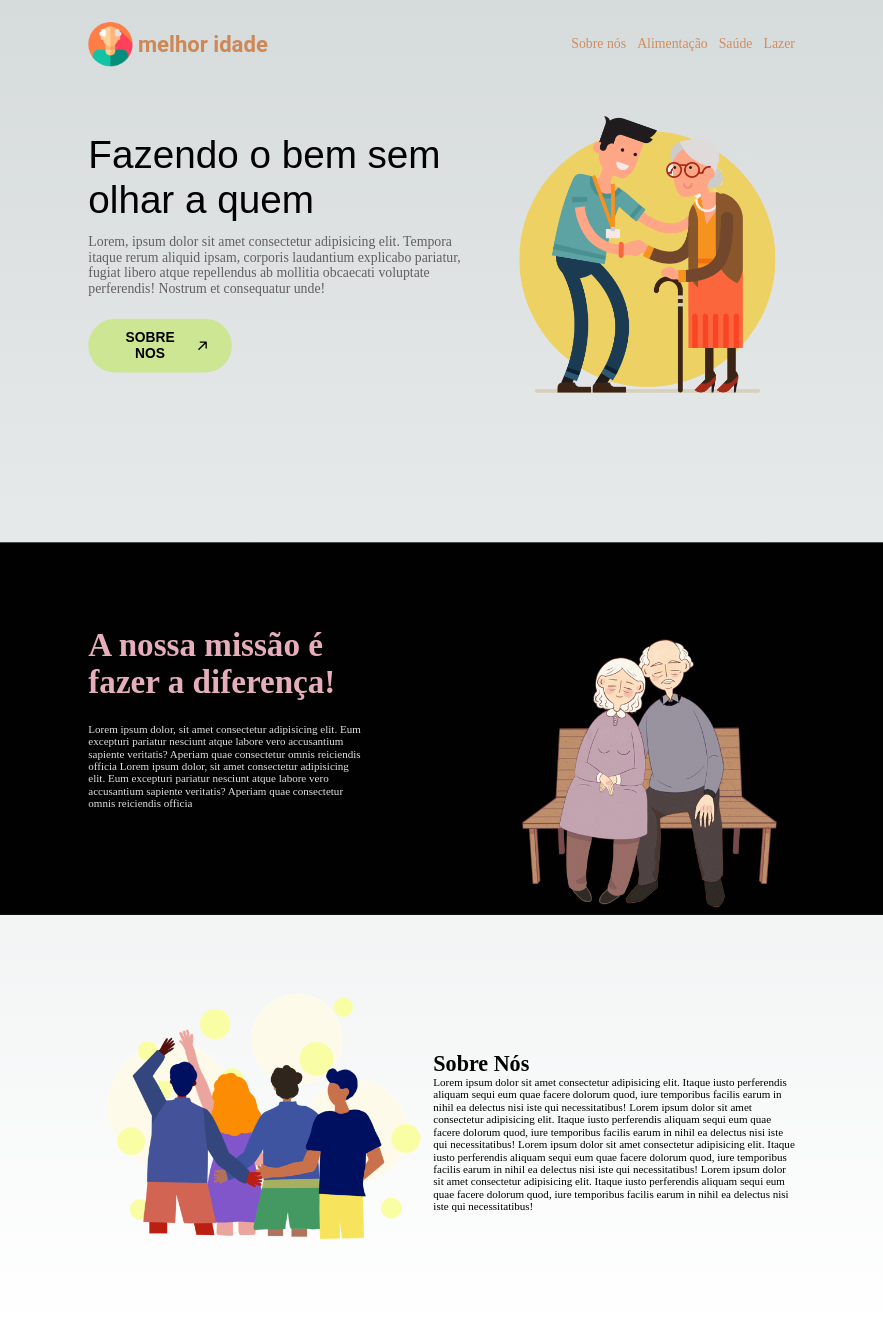
Repository: Giopol12/melhor-idade-online
Page: /home
These files come from the project's save history. The page is drawn as it stood at one moment and after a run of saves; the edit follows.
The browser window is 1280 px wide. The pictures show the whole page, at 69% of full size.
The project was rebuilt for these pictures with package versions that can differ from the ones it lists, and the page was loaded fresh each time. The framework's server and built-in components were replaced by stand-ins that run in the browser. Also part of the build but not shown: next.config.js.

Above is the page before, as saved 2023-11-21 11:12:31.

After the next 2 saves:
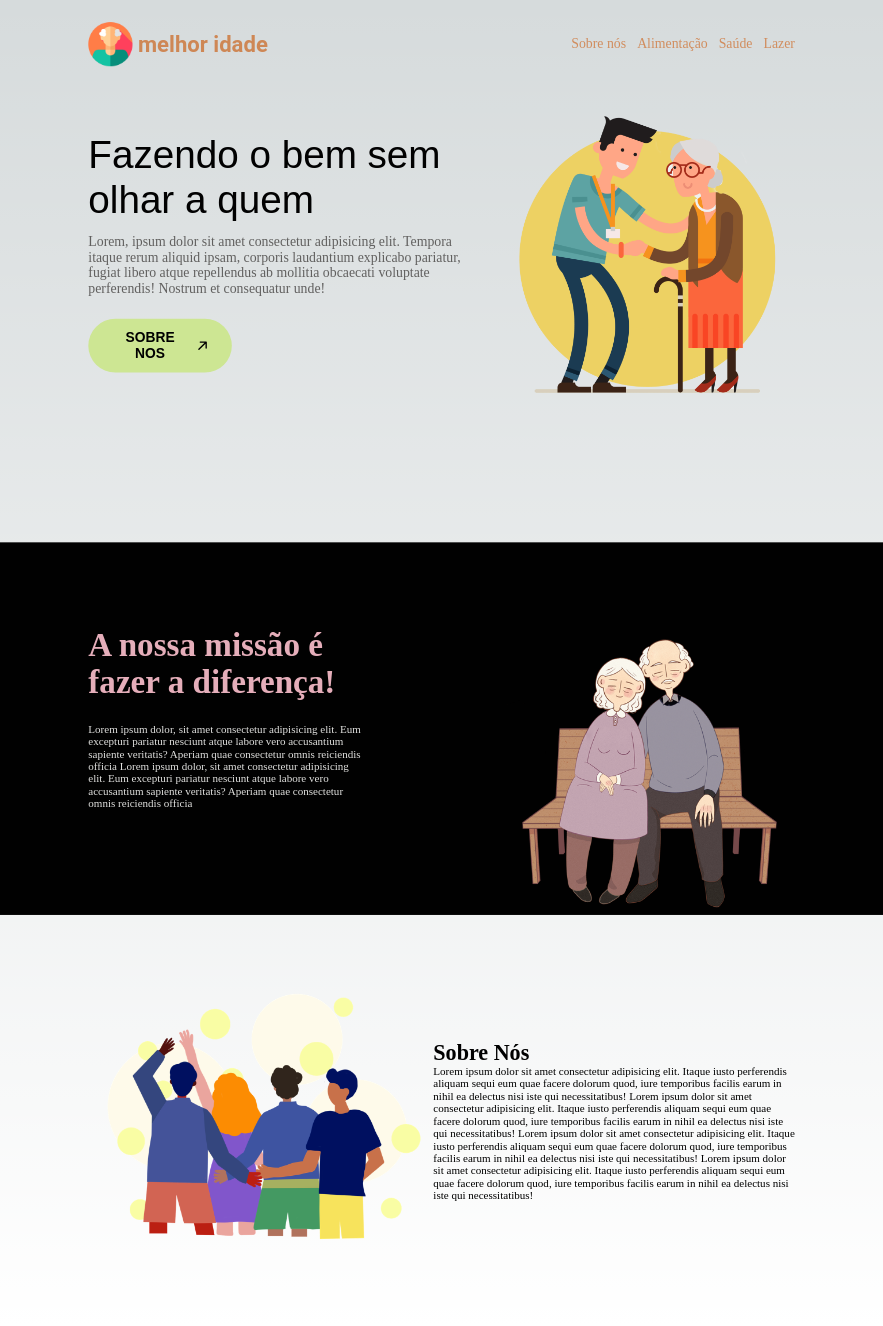
The 2 saves are shown as one change because they came seconds apart.
The last was saved 7 s later.
--- a/src/components/AboutUs/styles.ts
+++ b/src/components/AboutUs/styles.ts
@@ -9,7 +9,6 @@ export const AboutUsContainer = styled('div', {
 })
 export const AboutUsContentContainer = styled('div', {
   flex: 1,
-  marginTop: '2rem',
   display: 'flex',
   justifyContent: 'center',
   flexDirection: 'column',
